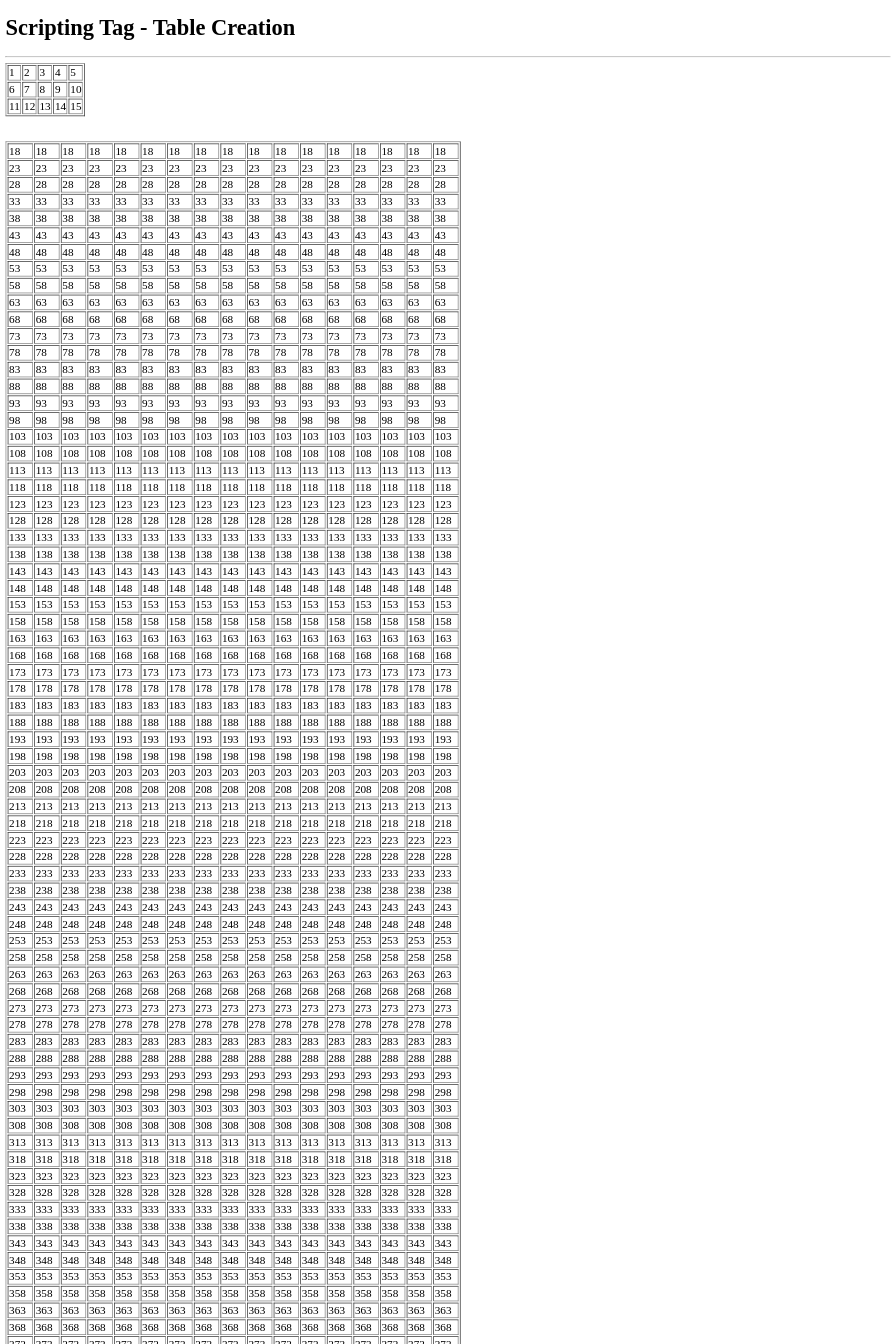
Repository: an-sehyeon/web_inworld
Page: http://localhost/web/04_script_test.jsp
An editor plug-in stored every save of this project. The page is shown before and after the next save, followed by the edit.
The browser window is 1280 px wide. The pictures show the part of the page from y = 0 to 1920 px (the page is 24214 px tall), at 70% of full size.
The page is served by Tomcat 10. Other server files are loaded and not shown.

Above is the page before, as saved 2024-12-14 13:13:16.

### web_inwolrd/04_Servlet/dev/web/src/main/webapp/04_script_test.jsp
<%@ page language="java" contentType="text/html; charset=UTF-8"
    pageEncoding="UTF-8"%>
<!DOCTYPE html>
<html>
<head>
<meta charset="UTF-8">
<title>Script Test - Table Creation</title>
</head>
<body>
	<h1>Scripting Tag - Table Creation</h1>
	<hr>
	<!-- Manual Job -->
	<table border ="1">
		<tr><td>1</td><td>2</td><td>3</td><td>4</td><td>5</td></tr>
		<tr><td>6</td><td>7</td><td>8</td><td>9</td><td>10</td></tr>
		<tr><td>11</td><td>12</td><td>13</td><td>14</td><td>15</td></tr>
	</table>
	<br><br>

	<!-- Using JSP -->
	<table border="1">
	<%
		// 추후에 쉽게 값 수정하기 위해
		final int ROWS = 1000;
		final int COLS = 17;

		for(int i=0; i<ROWS; i++){
	%>
			<tr>
	<%
				for(int j=0; j<COLS; j++){
	%>
					<td><%=(i*5 + COLS + 1)%></td>
	<%
				}
	%>
			</tr>
	<%
		}
	%>
	</table>

</body>
</html>

After the next save:
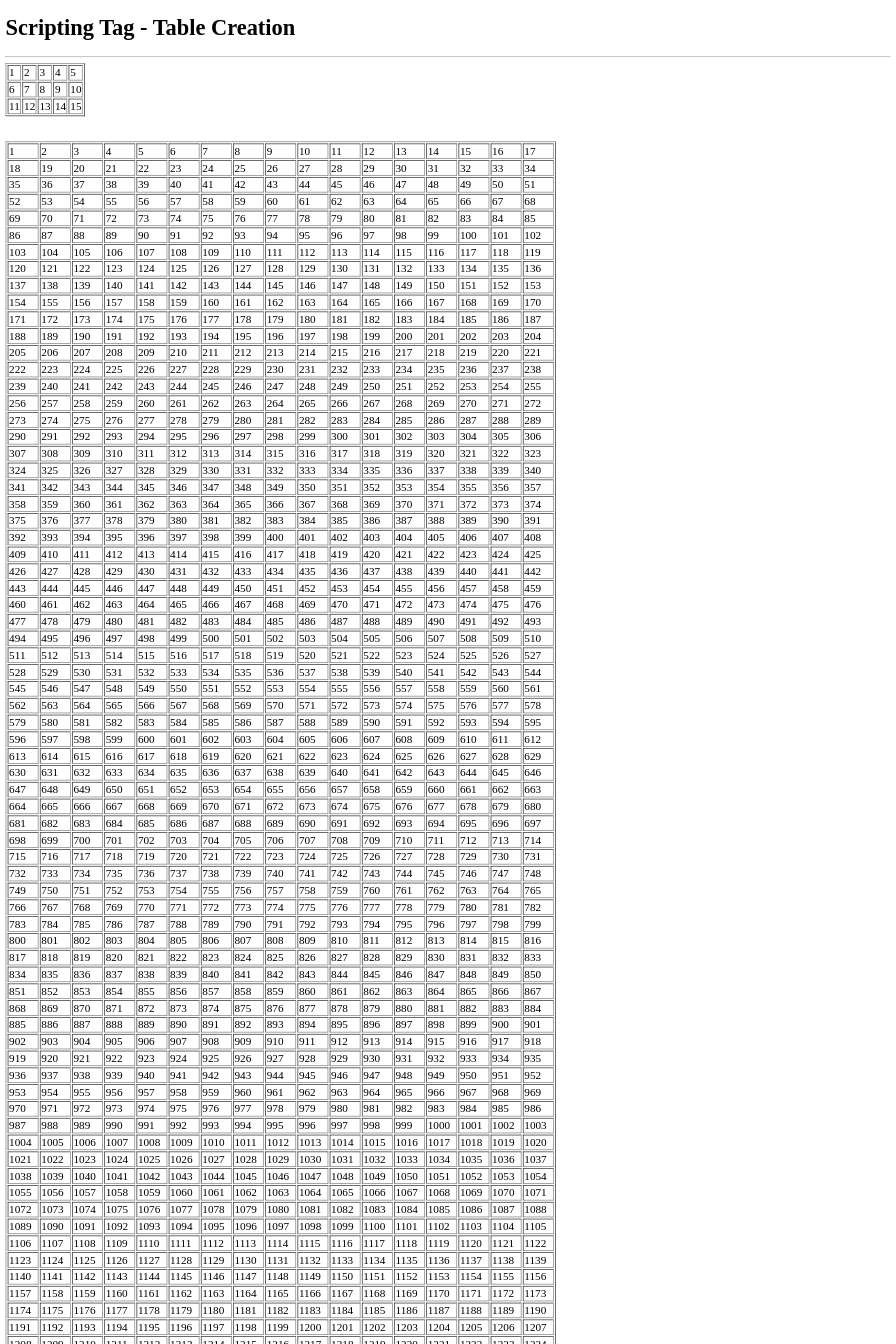
Saved 102 s later.
--- a/web_inwolrd/04_Servlet/dev/web/src/main/webapp/04_script_test.jsp
+++ b/web_inwolrd/04_Servlet/dev/web/src/main/webapp/04_script_test.jsp
@@ -30,7 +30,7 @@
 	<%
 				for(int j=0; j<COLS; j++){
 	%>
-					<td><%=(i*5 + COLS + 1)%></td>
+					<td><%=(i*COLS + j + 1)%></td>
 	<%
 				}
 	%>
